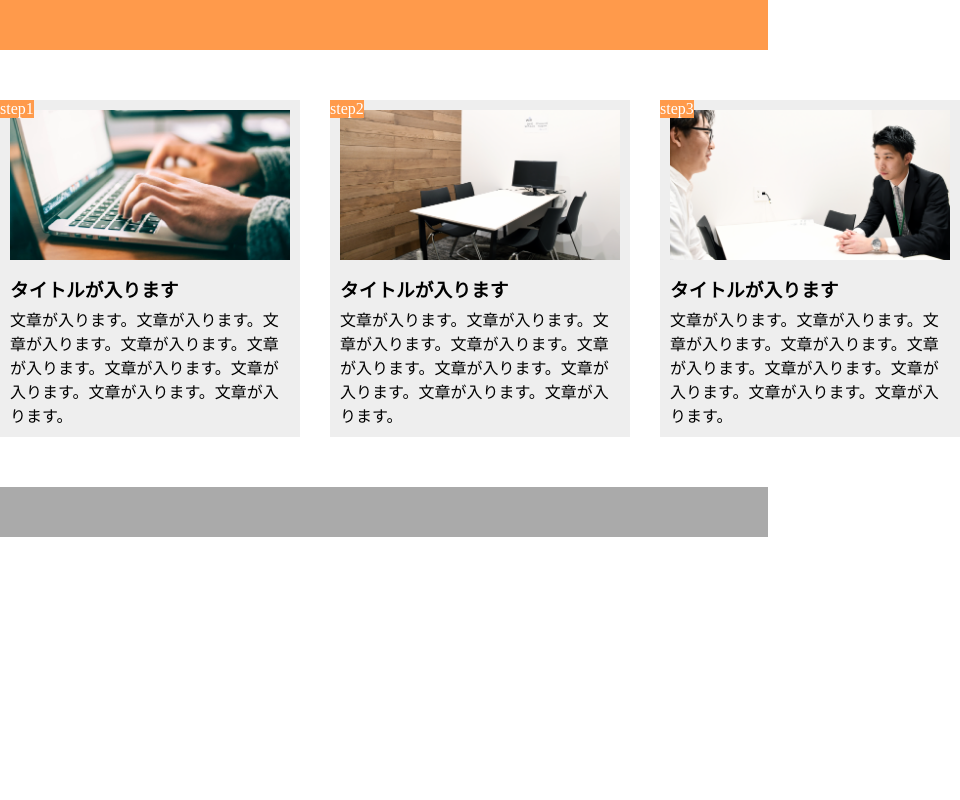
Repository: Mikimiki01/Bookers1
Page: 1-10/index.html
The author's editor kept a record of every edit. The page is drawn from the files as they stood at one moment, then again after the next edit.
The browser window is 768 px wide. The page is 960 px wide, then 768 px, so the pictures cover 960 px, including what lies to the right of the window. The pictures show the whole page.

Above is the page before.

### 1-10/index.html
<!DOCTYPE html>
<html lang="ja"><head>
    <meta charset="UTF-8">
    <meta name="viewport" content="width=device-width, initial-scale=1.0">
    <title>10章　課題1</title>
    <link rel="stylesheet" href="style.css">
  </head>
  <body>
    <header></header>
    <main>
      <div class="step-box">
        <div class="step-img1"></div>
        <span class="step-num">step1</span>
        <h3 class="title">タイトルが入ります</h3>
        <p class="text">
          文章が入ります。文章が入ります。文章が入ります。文章が入ります。文章が入ります。文章が入ります。文章が入ります。文章が入ります。文章が入ります。
        </p>
      </div>

      <div class="step-box">
        <div class="step-img2"></div>
        <span class="step-num">step2</span>
        <h3 class="title">タイトルが入ります</h3>
        <p class="text">
          文章が入ります。文章が入ります。文章が入ります。文章が入ります。文章が入ります。文章が入ります。文章が入ります。文章が入ります。文章が入ります。
        </p>
      </div>

      <div class="step-box">
        <div class="step-img3"></div>
        <span class="step-num">step3</span>
        <h3 class="title">タイトルが入ります</h3>
        <p class="text">
          文章が入ります。文章が入ります。文章が入ります。文章が入ります。文章が入ります。文章が入ります。文章が入ります。文章が入ります。文章が入ります。
        </p>
      </div>
    </main>
    <footer></footer>


</body></html>

### 1-10/style.css
* {
  box-sizing: border-box;
  margin: 0;
  padding: 0;
}

header {
  height: 50px;
  background-color: #ff9a4b;
}

main {
  width: 960px;
  margin: 50px auto;
  display: flex;
}

.step-box {
  width: 300px;
  margin-right: 30px;
  padding: 10px;
  position: relative;
  background-color: #eee;
}

.step-box:last-child {
  margin-right: 0;
}

.step-img1 {
  height: 150px;
  background-image: url(img/flow01.png);
  background-position: bottom;
  background-size: cover;
}

.step-img2 {
  height: 150px;
  background-image: url(img/flow02.png);
  background-position: bottom;
  background-size: cover;
}

.step-img3 {
  height: 150px;
  background-image: url(img/flow03.png);
  background-position: bottom;
  background-size: cover;
}

.step-num {
  position: absolute;
  top: 0;
  left: 0;
  background-color: #ff9a4b;
  color: #fff;
}

.title {
  margin: 15px 0 5px;
}

footer {
  height: 50px;
  background-color: #aaa;
}

.main {
  display: flex;
  flex-wrap: wrap;
}
.main li {
  width: 25%;
}
@media screen and (max-width: 768px) {
  .main {
    width: 50%;

After the next edit:
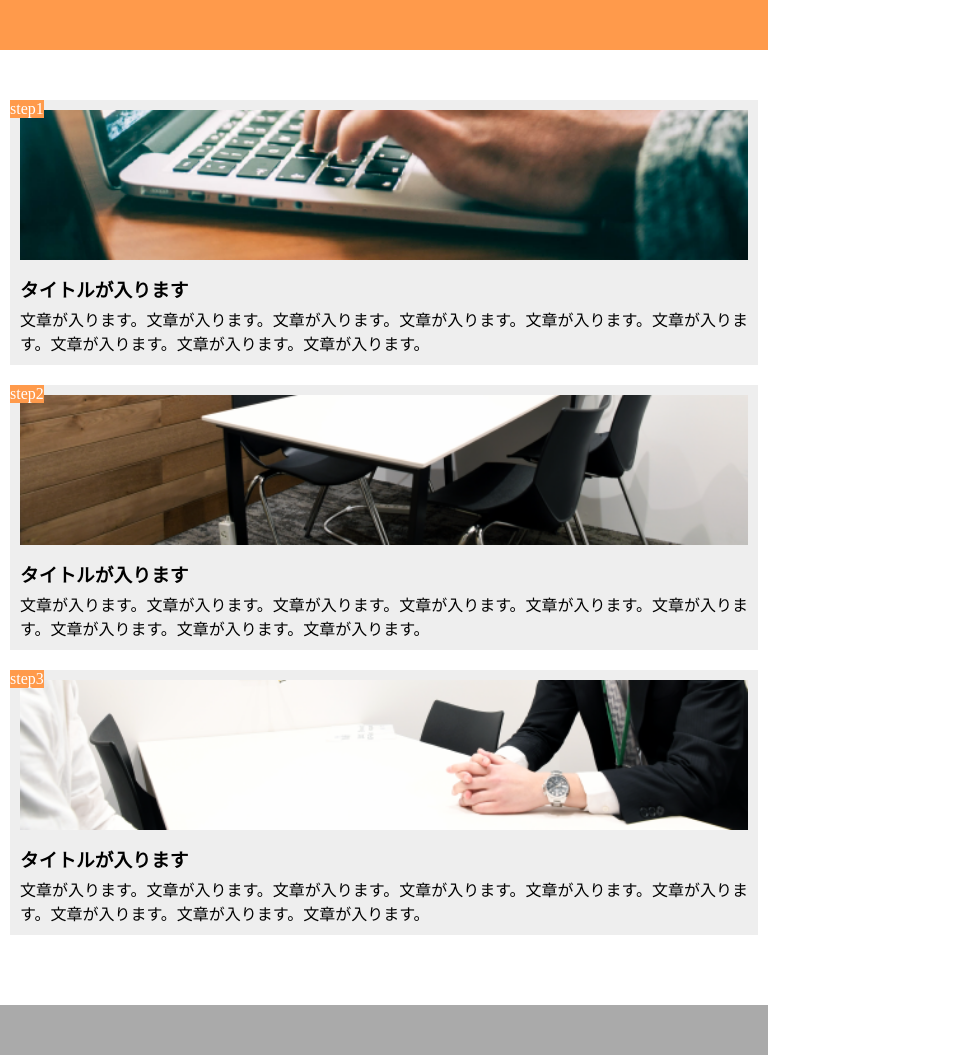
The edit:
--- a/1-10/style.css
+++ b/1-10/style.css
@@ -13,11 +13,13 @@
   width: 960px;
   margin: 50px auto;
   display: flex;
+  flex-wrap: wrap;
+  justify-content: space-between;
 }
 
 .step-box {
   width: 300px;
-  margin-right: 30px;
+  margin-bottom: 20px;
   padding: 10px;
   position: relative;
   background-color: #eee;
@@ -65,13 +67,15 @@
   background-color: #aaa;
 }
 
-.main {
-  display: flex;
-  flex-wrap: wrap;
+@media screen and (max-width: 768px) {
+  main {
+    width: 100%;
+    margin: 50px 0;
+    justify-content: center;
+  }
+
+  .step-box {
+    width: calc(100% - 20px);
+    margin-right: 0;
+  }
 }
-.main li {
-  width: 25%;
-}
-@media screen and (max-width: 768px) {
-  .main {
-    width: 50%;
